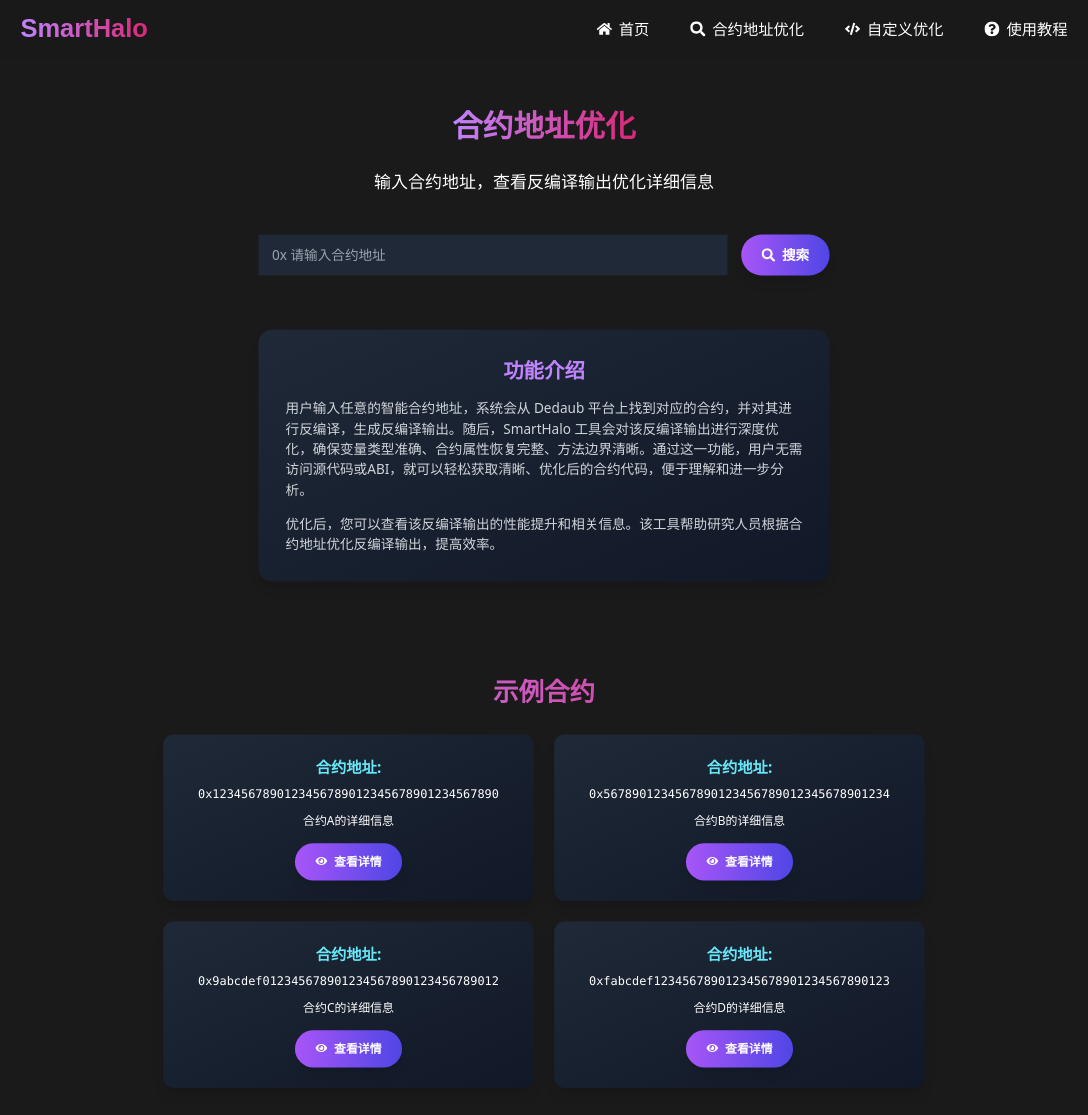
Repository: RunnerQuan/smart-halo
Page: /contract-optimization
An editor plug-in stored every save of this project. The page is shown before and after the next save, followed by the edit.
The browser window is 1280 px wide. The pictures show the whole page, at 85% of full size.
The project was rebuilt for these pictures with package versions that can differ from the ones it lists, and the page was loaded fresh each time. The framework's server and built-in components were replaced by stand-ins that run in the browser. Also part of the build but not shown: next.config.mjs.

Above is the page before, as saved 2024-10-18 15:39:23.

### app/contract-optimization/page.tsx
"use client";

import React from 'react';
import { useState } from 'react';
import { motion } from 'framer-motion';
import Link from 'next/link';
import AnimatedButton from '../../components/ui/animated-button';
import Navbar from '../../components/Navbar';
import { FaSearch, FaEye } from 'react-icons/fa';

export default function ContractOptimization() {
  const [contractAddress, setContractAddress] = useState('');
  const [showError, setShowError] = useState(false);

  const handleSearch = () => {
    if (!contractAddress) {
      setShowError(true);
      setTimeout(() => setShowError(false), 3000);
      return;
    }
    // 这里应该是跳转到优化详情页的逻辑
    window.location.href = '/optimization-details';
  };

  return (
    <main className="flex min-h-screen flex-col items-center justify-start p-8 bg-[#1A1A1A] text-white font-sans">
      <Navbar />
      <div className="mt-24 w-full max-w-4xl mx-auto flex flex-col items-center">
        <motion.h1
          className="text-4xl font-bold mb-8 text-center text-transparent bg-clip-text bg-gradient-to-r from-purple-400 to-pink-600"
          initial={{ opacity: 0, y: -50 }}
          animate={{ opacity: 1, y: 0 }}
          transition={{ duration: 0.5 }}
        >
          合约地址优化
        </motion.h1>
        <motion.p
          className="text-xl mb-12 text-center max-w-2xl"
          initial={{ opacity: 0 }}
          animate={{ opacity: 1 }}
          transition={{ duration: 0.5, delay: 0.2 }}
        >
          输入合约地址，查看反编译输出优化详细信息
        </motion.p>

        <motion.div
          className="w-full max-w-2xl mb-12"
          initial={{ opacity: 0, y: 50 }}
          animate={{ opacity: 1, y: 0 }}
          transition={{ duration: 0.5, delay: 0.4 }}
        >
          <div className="flex space-x-4 mb-4">
            <input
              type="text"
              placeholder="0x 请输入合约地址"
              className="flex-grow bg-gray-800 text-white rounded-lg px-4 py-2 focus:outline-none focus:ring-2 focus:ring-purple-500"
              value={contractAddress}
              onChange={(e) => setContractAddress(e.target.value)}
            />
            <AnimatedButton onClick={handleSearch} className="flex items-center justify-center">
              <FaSearch className="mr-2" />
              <span>搜索</span>
            </AnimatedButton>
          </div>
          {showError && (
            <motion.p
              className="text-red-500 text-center mt-2"
              initial={{ opacity: 0 }}
              animate={{ opacity: 1 }}
              exit={{ opacity: 0 }}
            >
              请输入合约地址
            </motion.p>
          )}
        </motion.div>

        <motion.div
          className="bg-gradient-to-br from-gray-800 to-gray-900 rounded-2xl p-8 mb-12 w-full max-w-2xl shadow-lg"
          initial={{ opacity: 0, y: 50 }}
          animate={{ opacity: 1, y: 0 }}
          transition={{ duration: 0.5, delay: 0.6 }}
        >
          <h2 className="text-2xl font-semibold mb-4 text-purple-400 text-center">功能介绍</h2>
          <p className="mb-4 text-gray-300">
          用户输入任意的智能合约地址，系统会从 Dedaub 平台上找到对应的合约，并对其进行反编译，生成反编译输出。随后，SmartHalo 工具会对该反编译输出进行深度优化，确保变量类型准确、合约属性恢复完整、方法边界清晰。通过这一功能，用户无需访问源代码或ABI，就可以轻松获取清晰、优化后的合约代码，便于理解和进一步分析。
          </p>
          <p className="text-gray-300">
            优化后，您可以查看该反编译输出的性能提升和相关信息。该工具帮助研究人员根据合约地址优化反编译输出，提高效率。
          </p>
        </motion.div>

        <section className="mt-16 text-center w-full">
          <motion.h2
            className="text-3xl font-bold mb-8 text-transparent bg-clip-text bg-gradient-to-r from-purple-400 to-pink-600"
            initial={{ opacity: 0, y: 20 }}
            animate={{ opacity: 1, y: 0 }}
            transition={{ duration: 0.6, ease: "easeOut" }}
          >
            示例合约
          </motion.h2>
          <div className="grid grid-cols-1 md:grid-cols-2 gap-6">
            {[
              { address: "0x1234567890123456789012345678901234567890", info: "合约A的详细信息" },
              { address: "0x5678901234567890123456789012345678901234", info: "合约B的详细信息" },
              { address: "0x9abcdef012345678901234567890123456789012", info: "合约C的详细信息" },
              { address: "0xfabcdef123456789012345678901234567890123", info: "合约D的详细信息" }
            ].map((contract, index) => (
              <motion.div
                key={index}
                className="bg-gradient-to-br from-gray-800 to-gray-900 p-6 rounded-xl shadow-lg overflow-hidden relative group"
                initial={{ opacity: 0, y: 50 }}
                animate={{ opacity: 1, y: 0 }}
                transition={{ duration: 0.5, delay: index * 0.1 }}
                whileHover={{ scale: 1.03 }}
              >
                <div className="absolute inset-0 bg-gradient-to-r from-cyan-500 to-blue-500 opacity-0 group-hover:opacity-10 transition-opacity duration-300"></div>
                <h3 className="text-lg font-semibold mb-2 text-cyan-300">合约地址:</h3>
                <p className="text-white mb-3 font-mono text-sm">{contract.address}</p>
                <p className="text-white mb-4 text-sm">{contract.info}</p>
                <Link href="/optimization-details" passHref>
                  <AnimatedButton className="bg-gradient-to-r from-cyan-500 to-blue-500 text-white px-4 py-2 rounded-full hover:from-cyan-600 hover:to-blue-600 transition-all duration-300 text-sm">
                    <FaEye className="inline-block mr-2 mb-1" />
                    查看详情
                  </AnimatedButton>
                </Link>
              </motion.div>
            ))}
          </div>
        </section>
      </div>
    </main>
  );
}

### app/globals.css
@import url('https://fonts.googleapis.com/css2?family=Roboto:wght@300;400;500;700&display=swap');

@tailwind base;
@tailwind components;
@tailwind utilities;

:root {
  --foreground-rgb: 255, 255, 255;
  --background-start-rgb: 42, 42, 42;
  --background-end-rgb: 42, 42, 42;
}

body {
  color: rgb(var(--foreground-rgb));
  background: linear-gradient(
      to bottom,
      transparent,
      rgb(var(--background-end-rgb))
    )
    rgb(var(--background-start-rgb));
  font-family: 'Roboto', sans-serif;
}

### components/ui/animated-button.tsx
import React from 'react';

interface AnimatedButtonProps extends React.ButtonHTMLAttributes<HTMLButtonElement> {
  children: React.ReactNode;
}

const AnimatedButton: React.FC<AnimatedButtonProps> = ({ children, className, ...props }) => {
  return (
    <button
      className={`
        px-6 py-3 rounded-full text-white font-semibold
        bg-gradient-to-r from-purple-500 to-indigo-600
        hover:from-purple-600 hover:to-indigo-700
        transform hover:scale-105 transition duration-300 ease-in-out
        focus:outline-none focus:ring-2 focus:ring-purple-500 focus:ring-opacity-50
        shadow-lg hover:shadow-xl
        ${className}
      `}
      {...props}
    >
      {children}
    </button>
  );
};

export default AnimatedButton;

### components/Navbar.tsx
import Link from "next/link";
import { FaHome, FaCode, FaSearch, FaQuestionCircle } from 'react-icons/fa';

const navItems = [
  { name: '首页', href: '/', icon: <FaHome className="mr-2" /> },
  { name: '合约地址优化', href: '/contract-optimization', icon: <FaSearch className="mr-2" /> },
  { name: '自定义优化', href: '/custom-optimization', icon: <FaCode className="mr-2" /> },
  { name: '使用教程', href: '/help', icon: <FaQuestionCircle className="mr-2" /> },
];

export default function Navbar() {
  return (
    <nav className="fixed top-0 left-0 right-0 z-10 bg-[#1A1A1A] bg-opacity-80 backdrop-filter backdrop-blur-lg">
      <div className="container mx-auto px-6 py-4 flex justify-between items-center">
        <Link href="/" className="flex items-center">
          <span className="text-3xl font-bold bg-clip-text text-transparent bg-gradient-to-r from-purple-400 to-pink-600 font-tech">
            SmartHalo
          </span>
        </Link>
        <div className="hidden md:flex items-center space-x-12 text-lg">
          {navItems.map((item) => (
            <Link key={item.name} href={item.href} className="flex items-center">
              <span className="flex items-center">
                {item.icon}
                {item.name}
              </span>
            </Link>
          ))}
        </div>
      </div>
    </nav>
  );
}

### tailwind.config.js
module.exports = {
    darkMode: ['class'],
    content: [
    './pages/**/*.{js,ts,jsx,tsx,mdx}',
    './components/**/*.{js,ts,jsx,tsx,mdx}',
    './app/**/*.{js,ts,jsx,tsx,mdx}',
  ],
  theme: {
  	extend: {
  		fontFamily: {
  			harmonyos: ['HarmonyOS Sans', 'sans-serif'],
  			song: ['Noto Serif SC', 'serif'],
  			'noto-sans': ['Noto Sans SC', 'sans-serif'],
  			'tech': ['Orbitron', 'sans-serif']
  		},
  		backgroundImage: {
  			'gradient-radial': 'radial-gradient(var(--tw-gradient-stops))',
  			'gradient-conic': 'conic-gradient(from 180deg at 50% 50%, var(--tw-gradient-stops))'
  		},
  		borderRadius: {
  			lg: 'var(--radius)',
  			md: 'calc(var(--radius) - 2px)',
  			sm: 'calc(var(--radius) - 4px)'
  		},
  		colors: {
  			background: 'hsl(var(--background))',
  			foreground: 'hsl(var(--foreground))',
  			card: {
  				DEFAULT: 'hsl(var(--card))',
  				foreground: 'hsl(var(--card-foreground))'
  			},
  			popover: {
  				DEFAULT: 'hsl(var(--popover))',
  				foreground: 'hsl(var(--popover-foreground))'
  			},
  			primary: {
  				DEFAULT: 'hsl(var(--primary))',
  				foreground: 'hsl(var(--primary-foreground))'
  			},
  			secondary: {
  				DEFAULT: 'hsl(var(--secondary))',
  				foreground: 'hsl(var(--secondary-foreground))'
  			},
  			muted: {
  				DEFAULT: 'hsl(var(--muted))',
  				foreground: 'hsl(var(--muted-foreground))'
  			},
  			accent: {
  				DEFAULT: 'hsl(var(--accent))',
  				foreground: 'hsl(var(--accent-foreground))'
  			},
  			destructive: {
  				DEFAULT: 'hsl(var(--destructive))',
  				foreground: 'hsl(var(--destructive-foreground))'
  			},
  			border: 'hsl(var(--border))',
  			input: 'hsl(var(--input))',
  			ring: 'hsl(var(--ring))',
  			chart: {
  				'1': 'hsl(var(--chart-1))',
  				'2': 'hsl(var(--chart-2))',
  				'3': 'hsl(var(--chart-3))',
  				'4': 'hsl(var(--chart-4))',
  				'5': 'hsl(var(--chart-5))'
  			}
  		},
  		animation: {
  			pulse: 'pulse var(--duration) ease-out infinite'
  		},
  		keyframes: {
  			pulse: {
  				'0%, 100%': {
  					boxShadow: '0 0 0 0 var(--pulse-color)'
  				},
  				'50%': {
  					boxShadow: '0 0 0 8px var(--pulse-color)'
  				}
  			}
  		}
  	}
  },
  plugins: [require("tailwindcss-animate")],
}

Loaded but not shown: app/layout.tsx (common file)

After the next save:
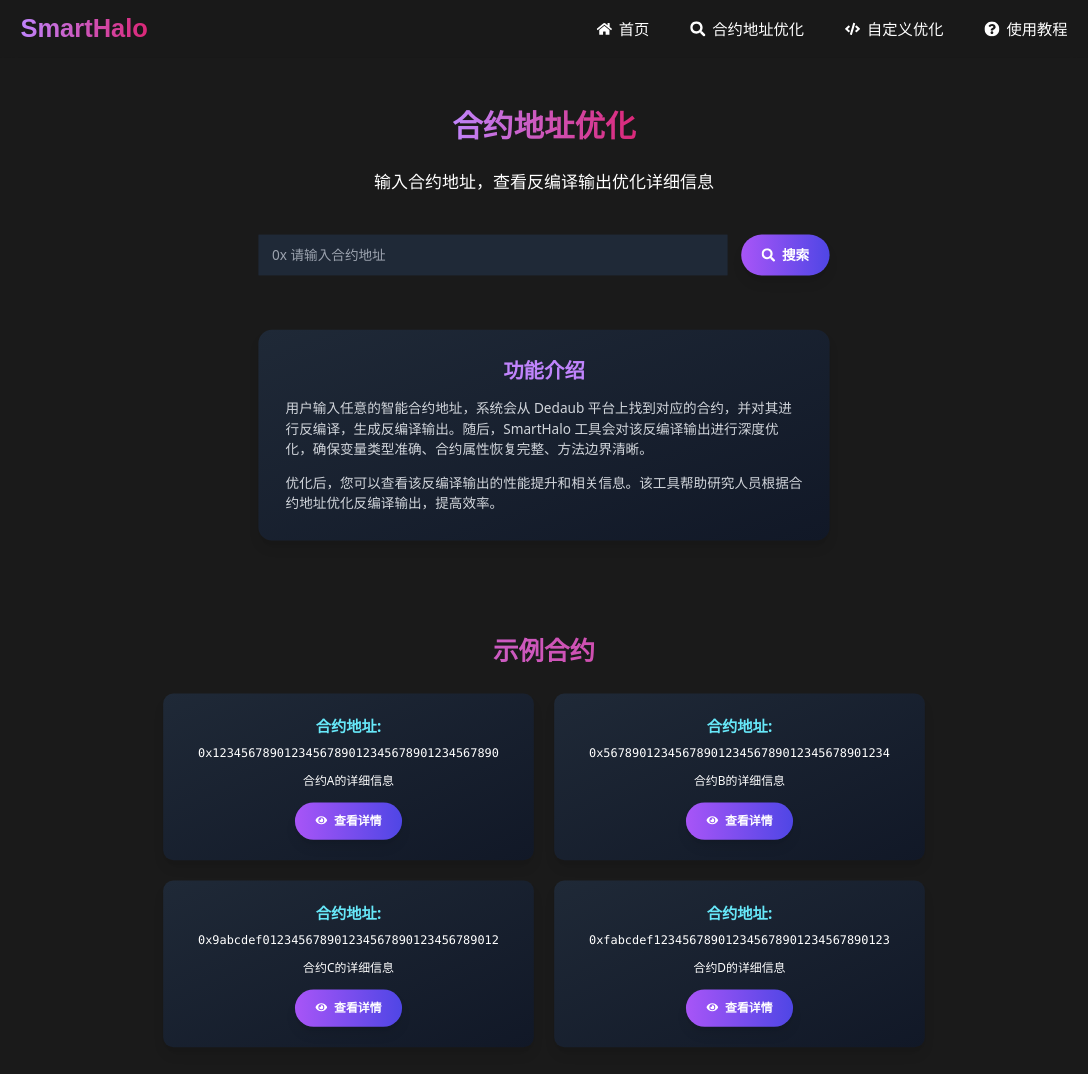
Saved 22 s later.
--- a/app/contract-optimization/page.tsx
+++ b/app/contract-optimization/page.tsx
@@ -82,7 +82,7 @@
         >
           <h2 className="text-2xl font-semibold mb-4 text-purple-400 text-center">功能介绍</h2>
           <p className="mb-4 text-gray-300">
-          用户输入任意的智能合约地址，系统会从 Dedaub 平台上找到对应的合约，并对其进行反编译，生成反编译输出。随后，SmartHalo 工具会对该反编译输出进行深度优化，确保变量类型准确、合约属性恢复完整、方法边界清晰。通过这一功能，用户无需访问源代码或ABI，就可以轻松获取清晰、优化后的合约代码，便于理解和进一步分析。
+          用户输入任意的智能合约地址，系统会从 Dedaub 平台上找到对应的合约，并对其进行反编译，生成反编译输出。随后，SmartHalo 工具会对该反编译输出进行深度优化，确保变量类型准确、合约属性恢复完整、方法边界清晰。
           </p>
           <p className="text-gray-300">
             优化后，您可以查看该反编译输出的性能提升和相关信息。该工具帮助研究人员根据合约地址优化反编译输出，提高效率。
